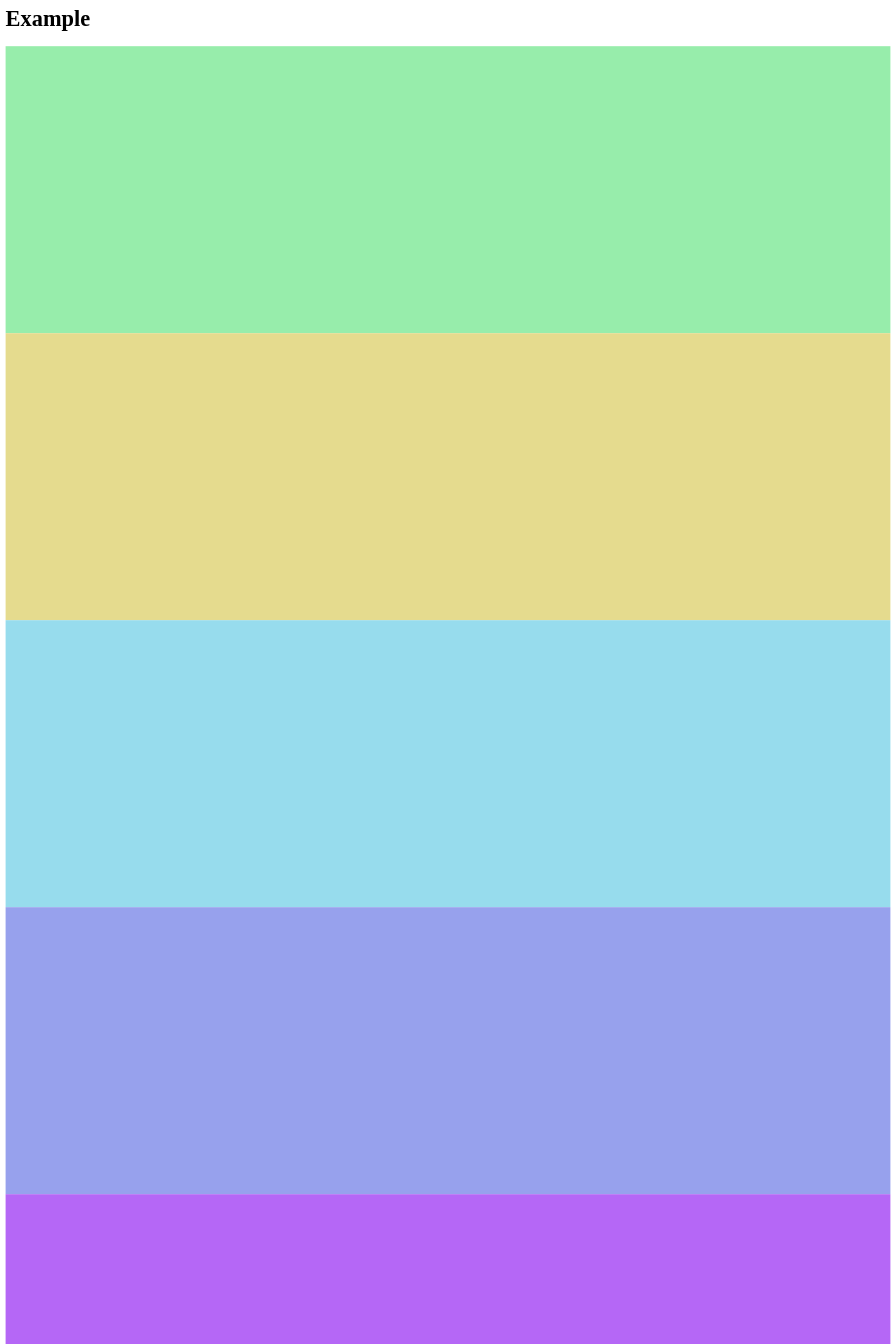
Repository: SamirIngley/html-semantic
Page: templates/challenge-01.html
An editor plug-in stored every save of this project. The page is shown before and after the next save, followed by the edit.
The browser window is 1280 px wide. The pictures show the part of the page from y = 0 to 1920 px (the page is 3764 px tall before and 720 px after), at 70% of full size.

Above is the page before, as saved 2020-02-04 16:55:52.

After the next save:
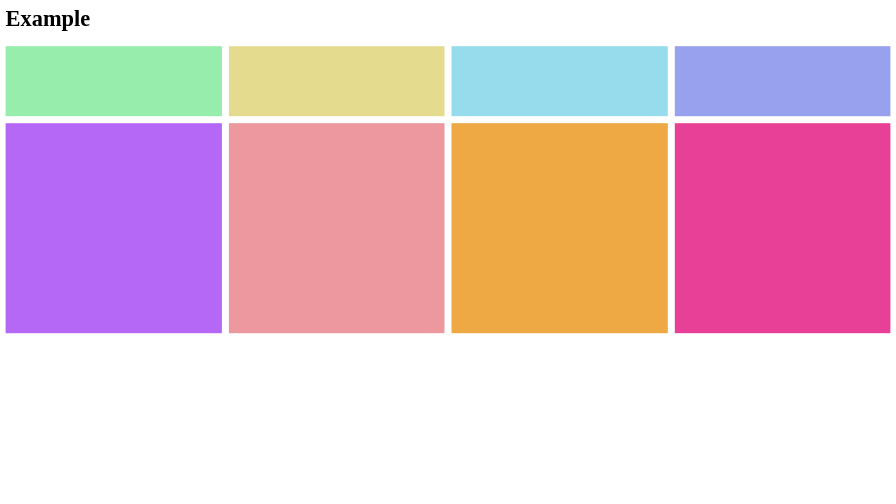
Saved 29 s later.
--- a/templates/challenge-01.html
+++ b/templates/challenge-01.html
@@ -26,7 +26,10 @@
   /* Your styles here */
 
   .container {
-
+    display: grid;
+    grid-gap: 10px;
+    grid-template-columns: repeat(4, 1fr);
+    grid-template-rows: 100px 300px;
   }
 
 
@@ -34,10 +37,7 @@
   /* Some default styles to get you started */
 
   .box {
-    display: grid;
-    grid-gap: 10px;
-    grid-template-columns: repeat(4, 1fr);
-    grid-template-rows: 100px 300px;
+
     /*
     The named areas below define where elements with
     those names are placed on the grid.
